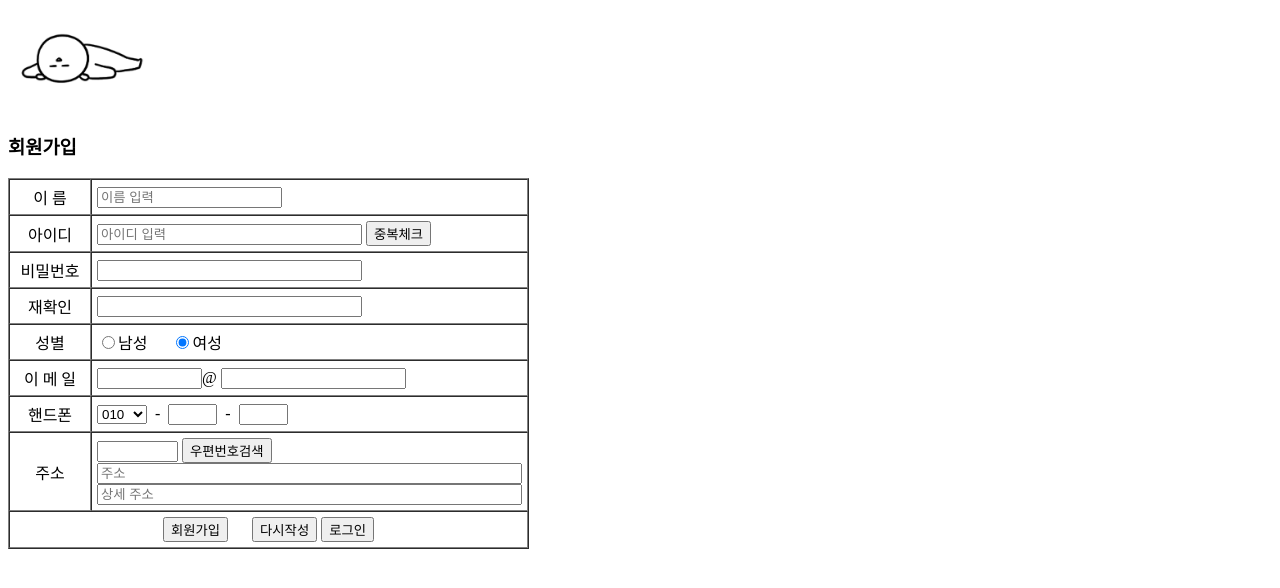
Repository: dahye1013/java-basic-learning
Page: http://localhost/memberJSP/member/writeForm.jsp
The author's editor kept a copy of each file at every save. The page is drawn from the files as they stood at one save, then again after the next save.
The browser window is 1280 px wide. The pictures show the whole page.
The page is served by Tomcat 9.

Above is the page before, as saved 2020-06-10 03:24:49.

After the next save:
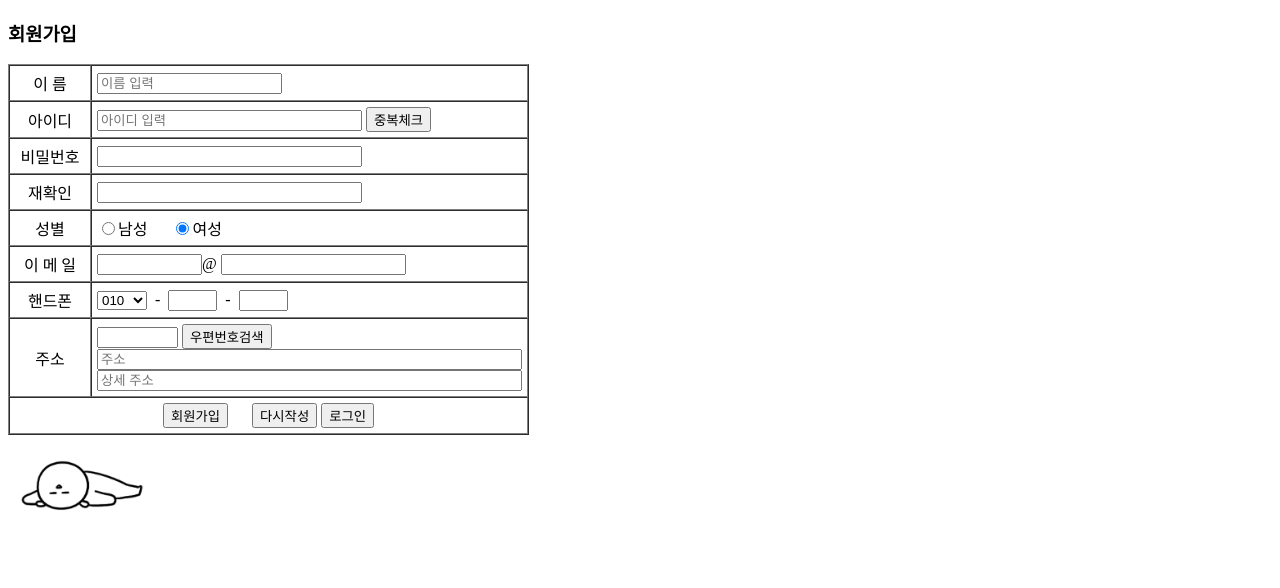
Saved 13 s later.
--- a/memberJSP/WebContent/member/writeForm.jsp
+++ b/memberJSP/WebContent/member/writeForm.jsp
@@ -9,7 +9,6 @@
 <title>회원가입</title>
 </head>
 <body>
-	<img src="../image/bb.PNG" width=150>
 	<h3>회원가입</h3>
 	<form name="writeForm" method="post" action="write.jsp">
 		<table border="1" cellspacing="0" cellpadding="5">
@@ -81,7 +80,8 @@
 			    <input type="button" value="로그인" onclick="javascrpit:location.href='loginForm.jsp'">
 				</td>
 			</tr>
-		</table>
+		</table>	<img src="../image/bb.PNG" width=150>
+
 	</form>
 </body>
 <script type="text/javascript" src="../js/member.js"> //http://localhost:8080/memberServlet/js/member.js
